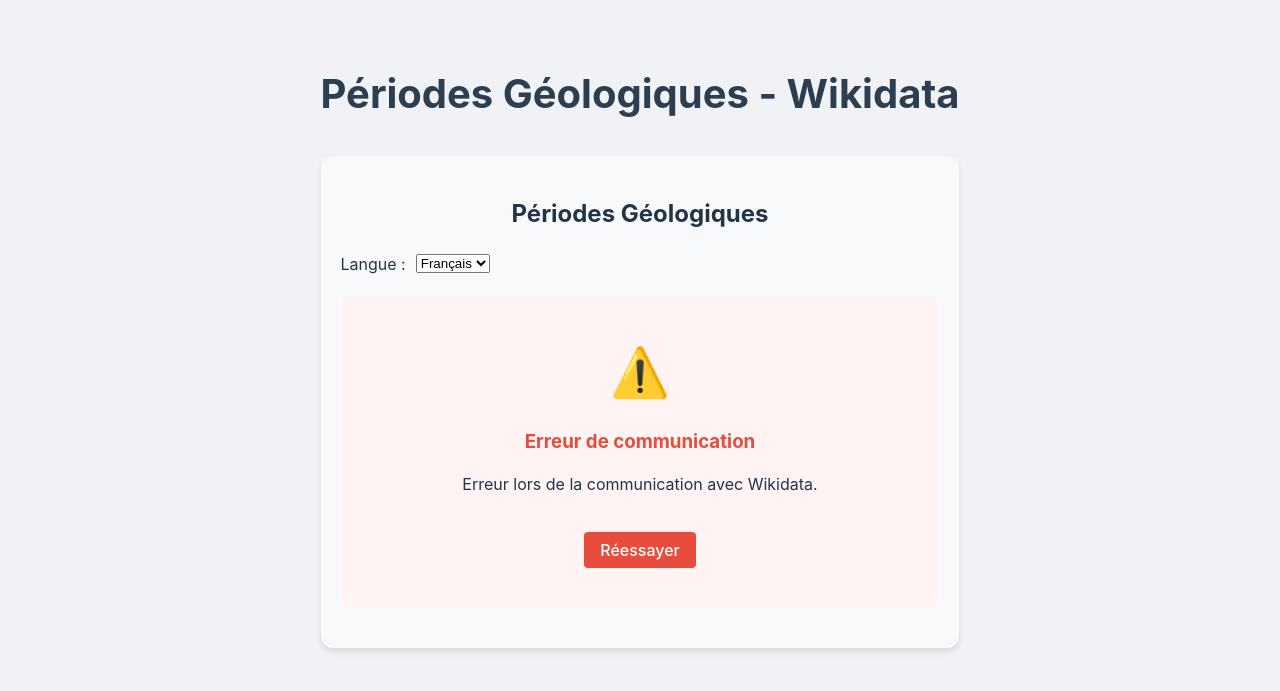
Repository: flobutbut/api_Wikidata
Page: /
These files come from the project's save history. The page is drawn as it stood at one moment and after the next save; the edit follows.
The browser window is 1280 px wide. The pictures show the whole page.
The page's requests for data from a server got no answer. The project was rebuilt for these pictures with package versions that can differ from the ones it lists, and the page was loaded fresh each time. No one was signed in, and anything a server would have sent is missing. Also part of the build but not shown: vite.config.ts.

Above is the page before, as saved 2025-03-26 14:29:15.

### src/App.vue
<script setup lang="ts">
import GeologicalPeriods from './components/GeologicalPeriods.vue'
</script>

<template>
  <div class="app">
    <header>
      <h1>Périodes Géologiques - Wikidata</h1>
    </header>
    <main>
      <GeologicalPeriods />
    </main>
  </div>
</template>

<style>
.app {
  max-width: 1200px;
  margin: 0 auto;
  padding: 20px;
}

header {
  text-align: center;
  margin-bottom: 40px;
}

header h1 {
  color: #2c3e50;
  font-size: 2.5em;
  margin: 0;
}

main {
  background: #f8f9fa;
  border-radius: 12px;
  box-shadow: 0 4px 6px rgba(0, 0, 0, 0.1);
}

body {
  margin: 0;
  font-family: -apple-system, BlinkMacSystemFont, 'Segoe UI', Roboto, Oxygen,
    Ubuntu, Cantarell, 'Open Sans', 'Helvetica Neue', sans-serif;
  -webkit-font-smoothing: antialiased;
  -moz-osx-font-smoothing: grayscale;
  background: #f0f2f5;
}
</style>

### src/components/GeologicalPeriods.vue
<template>
  <div class="geological-periods">
    <h2>Périodes Géologiques</h2>

    <div class="controls">
      <div class="language-selector">
        <label for="language">Langue :</label>
        <select id="language" v-model="selectedLanguage">
          <option value="fr">Français</option>
          <option value="en">English</option>
        </select>
      </div>
      <button v-if="currentPeriod" @click="goBack" class="back-button">
        ← Retour
      </button>
    </div>

    <div v-if="loading" class="loading">
      <div class="spinner"></div>
      <p>Chargement des données...</p>
    </div>

    <div v-else-if="error" class="error">
      <div class="error-icon">⚠️</div>
      <h3>{{ getErrorTitle(error.code) }}</h3>
      <p>{{ error.message }}</p>
      <button @click="retryFetch" class="retry-button">
        Réessayer
      </button>
    </div>

    <div v-else>
      <div class="periods-list">
        <div v-for="period in periods" :key="period.id" class="period-card">
          <div class="period-header">
            <h3>{{ period.label }}</h3>
            <button
              v-if="period.childPeriods.length > 0"
              @click="selectPeriod(period)"
              class="explore-button"
            >
              Explorer
            </button>
          </div>
          <p v-if="period.description" class="description">{{ period.description }}</p>
          <div class="dates">
            <p v-if="period.startDate">
              <strong>Début :</strong> {{ formatDate(period.startDate) }}
            </p>
            <p v-if="period.endDate">
              <strong>Fin :</strong> {{ formatDate(period.endDate) }}
            </p>
          </div>
          <p v-if="period.parentPeriod" class="parent-period">
            <strong>Période parente :</strong> {{ period.parentPeriod }}
          </p>
        </div>
      </div>

      <div class="pagination" v-if="!currentPeriod">
        <button
          :disabled="currentPage === 1"
          @click="changePage(currentPage - 1)"
          data-test="prev-page"
        >
          Précédent
        </button>
        <span>Page {{ currentPage }}</span>
        <button
          :disabled="periods.length < ITEMS_PER_PAGE"
          @click="changePage(currentPage + 1)"
          data-test="next-page"
        >
          Suivant
        </button>
      </div>
    </div>
  </div>
</template>

<script setup lang="ts">
import { ref, onMounted, watch } from 'vue';
import { WikidataService, WikidataError } from '../services/wikidata';
import type { GeologicalPeriod } from '../types/geological';

const periods = ref<GeologicalPeriod[]>([]);
const loading = ref(true);
const error = ref<WikidataError | null>(null);
const currentPage = ref(1);
const hasMore = ref(true);
const selectedLanguage = ref('fr');
const currentPeriod = ref<GeologicalPeriod | null>(null);

const ITEMS_PER_PAGE = 20;
const wikidataService = WikidataService.getInstance();

const getErrorTitle = (code: string) => {
  switch (code) {
    case 'RATE_LIMIT':
      return 'Trop de requêtes';
    case 'SERVICE_UNAVAILABLE':
      return 'Service indisponible';
    case 'INVALID_RESPONSE':
      return 'Réponse invalide';
    case 'INVALID_PERIOD_DATA':
      return 'Données invalides';
    case 'API_ERROR':
      return 'Erreur de communication';
    default:
      return 'Erreur inattendue';
  }
};

const formatDate = (dateString: string) => {
  const date = new Date(dateString);
  return date.toLocaleDateString('fr-FR', {
    year: 'numeric',
    month: 'long',
    day: 'numeric'
  });
};

const fetchPeriods = async () => {
  try {
    loading.value = true;
    error.value = null;
    const offset = (currentPage.value - 1) * ITEMS_PER_PAGE;
    const result = await wikidataService.getGeologicalPeriods({
      limit: ITEMS_PER_PAGE,
      offset,
      language: selectedLanguage.value
    });

    periods.value = result;
    hasMore.value = result.length === ITEMS_PER_PAGE;
  } catch (err) {
    if (err instanceof WikidataError) {
      error.value = err;
    } else {
      error.value = new WikidataError(
        'Une erreur inattendue est survenue',
        'UNKNOWN_ERROR',
        err instanceof Error ? err : undefined
      );
    }
    console.error('Erreur lors du chargement des périodes:', err);
  } finally {
    loading.value = false;
  }
};

const retryFetch = () => {
  fetchPeriods();
};

const changePage = (page: number) => {
  currentPage.value = page;
  fetchPeriods();
};

const selectPeriod = async (period: GeologicalPeriod) => {
  try {
    loading.value = true;
    error.value = null;
    currentPeriod.value = period;

    const result = await wikidataService.getGeologicalPeriods({
      parentId: period.id,
      language: selectedLanguage.value
    });

    periods.value = result;
  } catch (err) {
    if (err instanceof WikidataError) {
      error.value = err;
    } else {
      error.value = new WikidataError(
        'Une erreur inattendue est survenue',
        'UNKNOWN_ERROR',
        err instanceof Error ? err : undefined
      );
    }
    console.error('Erreur lors du chargement des sous-périodes:', err);
  } finally {
    loading.value = false;
  }
};

const goBack = () => {
  currentPeriod.value = null;
  currentPage.value = 1;
  fetchPeriods();
};

watch(selectedLanguage, () => {
  currentPage.value = 1;
  fetchPeriods();
});

onMounted(() => {
  fetchPeriods();
});
</script>

<style scoped>
.geological-periods {
  max-width: 1200px;
  margin: 0 auto;
  padding: 20px;
}

.controls {
  margin-bottom: 20px;
}

.language-selector {
  display: flex;
  align-items: center;
  gap: 10px;
}

.periods-list {
  display: grid;
  grid-template-columns: repeat(auto-fill, minmax(300px, 1fr));
  gap: 20px;
  margin-bottom: 20px;
}

.period-card {
  background: #fff;
  border-radius: 8px;
  padding: 20px;
  box-shadow: 0 2px 4px rgba(0, 0, 0, 0.1);
}

.period-card h3 {
  margin: 0 0 10px 0;
  color: #2c3e50;
}

.description {
  color: #666;
  margin-bottom: 15px;
}

.dates {
  margin-bottom: 15px;
}

.dates p {
  margin: 5px 0;
}

.parent-period {
  margin-bottom: 15px;
  color: #2c3e50;
}

.child-periods {
  margin-top: 15px;
}

.child-periods ul {
  list-style: none;
  padding: 0;
  margin: 5px 0 0 0;
}

.child-periods li {
  margin: 5px 0;
  color: #666;
}

.pagination {
  display: flex;
  justify-content: center;
  align-items: center;
  gap: 20px;
  margin-top: 20px;
}

button {
  padding: 8px 16px;
  border: none;
  border-radius: 4px;
  background-color: #42b983;
  color: white;
  cursor: pointer;
  transition: background-color 0.2s;
}

button:hover {
  background-color: #3aa876;
}

button:disabled {
  background-color: #ccc;
  cursor: not-allowed;
}

.loading {
  display: flex;
  flex-direction: column;
  align-items: center;
  justify-content: center;
  padding: 40px;
}

.spinner {
  width: 40px;
  height: 40px;
  border: 4px solid #f3f3f3;
  border-top: 4px solid #42b983;
  border-radius: 50%;
  animation: spin 1s linear infinite;
  margin-bottom: 20px;
}

@keyframes spin {
  0% { transform: rotate(0deg); }
  100% { transform: rotate(360deg); }
}

.error {
  text-align: center;
  padding: 40px;
  background-color: #fff3f3;
  border-radius: 8px;
  margin: 20px 0;
}

.error-icon {
  font-size: 48px;
  margin-bottom: 20px;
}

.error h3 {
  color: #e74c3c;
  margin-bottom: 10px;
}

.retry-button {
  margin-top: 20px;
  background-color: #e74c3c;
}

.retry-button:hover {
  background-color: #c0392b;
}

.period-header {
  display: flex;
  justify-content: space-between;
  align-items: center;
  margin-bottom: 10px;
}

.explore-button {
  background-color: #3498db;
  padding: 6px 12px;
  font-size: 0.9em;
}

.explore-button:hover {
  background-color: #2980b9;
}

.back-button {
  background-color: #95a5a6;
  margin-left: 20px;
}

.back-button:hover {
  background-color: #7f8c8d;
}
</style>

### src/services/wikidata.ts
import axios, { AxiosError } from 'axios';
import type { GeologicalPeriod, WikidataResponse } from '../types/geological';

const WIKIDATA_API_URL = '/api/wikidata/sparql';
const MAX_RETRIES = 3;
const RETRY_DELAY = 1000; // 1 seconde
const REQUEST_TIMEOUT = 10000; // 10 secondes
const CACHE_DURATION = 5 * 60 * 1000; // 5 minutes

interface CacheEntry {
  data: GeologicalPeriod[];
  timestamp: number;
}

interface QueryOptions {
  limit?: number;
  offset?: number;
  language?: string;
  parentId?: string;
}

export class WikidataError extends Error {
  constructor(
    message: string,
    public code: string,
    public originalError?: Error
  ) {
    super(message);
    this.name = 'WikidataError';
  }
}

export class WikidataService {
  private static instance: WikidataService;
  private cache: Map<string, CacheEntry> = new Map();
  private defaultLimit = 20;
  private defaultLanguage = 'fr';

  private constructor() {}

  static getInstance(): WikidataService {
    if (!WikidataService.instance) {
      WikidataService.instance = new WikidataService();
    }
    return WikidataService.instance;
  }

  private getCacheKey(options: QueryOptions): string {
    return `${options.limit}-${options.offset}-${options.language}-${options.parentId || 'root'}`;
  }

  private getFromCache(key: string): GeologicalPeriod[] | null {
    const entry = this.cache.get(key);
    if (entry && Date.now() - entry.timestamp < CACHE_DURATION) {
      return entry.data;
    }
    return null;
  }

  private setCache(key: string, data: GeologicalPeriod[]): void {
    this.cache.set(key, {
      data,
      timestamp: Date.now()
    });
  }

  private async retryOperation<T>(
    operation: () => Promise<T>,
    retries = MAX_RETRIES
  ): Promise<T> {
    try {
      return await operation();
    } catch (error) {
      if (retries > 0 && this.isRetryableError(error)) {
        await new Promise(resolve => setTimeout(resolve, RETRY_DELAY));
        return this.retryOperation(operation, retries - 1);
      }
      throw this.handleError(error);
    }
  }

  private isRetryableError(error: unknown): boolean {
    if (error instanceof AxiosError) {
      return (
        error.response?.status === 503 ||
        error.response?.status === 429 ||
        error.code === 'ECONNABORTED' ||
        error.code === 'ETIMEDOUT'
      );
    }
    return false;
  }

  private handleError(error: unknown): WikidataError {
    if (error instanceof AxiosError) {
      if (error.response?.status === 429) {
        return new WikidataError(
          'Trop de requêtes. Veuillez réessayer plus tard.',
          'RATE_LIMIT',
          error
        );
      }
      if (error.response?.status === 503) {
        return new WikidataError(
          'Service temporairement indisponible.',
          'SERVICE_UNAVAILABLE',
          error
        );
      }
      return new WikidataError(
        'Erreur lors de la communication avec Wikidata.',
        'API_ERROR',
        error
      );
    }
    return new WikidataError(
      'Une erreur inattendue est survenue.',
      'UNKNOWN_ERROR',
      error instanceof Error ? error : undefined
    );
  }

  private buildQuery(options: QueryOptions): string {
    const { language = 'fr', offset = 0, limit = 20, parentId } = options;
    const parentFilter = parentId ? `?item wdt:P361 wd:${parentId}.` : '?item wdt:P31 wd:Q12308941.';

    return `
      SELECT DISTINCT ?item ?itemLabel ?description ?startDate ?endDate ?parentPeriod ?parentLabel ?childPeriod ?childLabel
      WHERE {
        ${parentFilter}
        OPTIONAL { ?item wdt:P580 ?startDate. }
        OPTIONAL { ?item wdt:P582 ?endDate. }
        OPTIONAL { ?item wdt:P361 ?parentPeriod. }
        OPTIONAL { ?parentPeriod rdfs:label ?parentLabel. FILTER(LANG(?parentLabel) = "${language}") }
        OPTIONAL { ?childPeriod wdt:P361 ?item. }
        OPTIONAL { ?childPeriod rdfs:label ?childLabel. FILTER(LANG(?childLabel) = "${language}") }
        SERVICE wikibase:label { bd:serviceParam wikibase:language "${language}". }
        ?item rdfs:label ?itemLabel.
        OPTIONAL { ?item schema:description ?description. FILTER(LANG(?description) = "${language}") }
      }
      ORDER BY ?itemLabel
      LIMIT ${limit} OFFSET ${offset}
    `;
  }

  async getGeologicalPeriods(options: QueryOptions = {}): Promise<GeologicalPeriod[]> {
    const cacheKey = this.getCacheKey(options);
    const cachedData = this.getFromCache(cacheKey);
    if (cachedData) {
      return cachedData;
    }

    return this.retryOperation(async () => {
      const query = this.buildQuery(options);
      console.log('Requête SPARQL:', query);

      const response = await axios.get(WIKIDATA_API_URL, {
        params: {
          query,
          format: 'json'
        },
        timeout: REQUEST_TIMEOUT,
        headers: {
          'Accept': 'application/sparql-results+json'
        }
      });

      console.log('Réponse de Wikidata:', response.data);

      if (!response.data || !response.data.results || !response.data.results.bindings) {
        throw new WikidataError(
          'Réponse invalide de Wikidata',
          'INVALID_RESPONSE'
        );
      }

      const periods = this.transformResponse(response.data);
      this.setCache(cacheKey, periods);
      return periods;
    });
  }

  private transformResponse(bindings: any[]): GeologicalPeriod[] {
    return bindings.map(binding => {
      if (!binding.item?.value || !binding.itemLabel?.value) {
        throw new WikidataError(
          'Données de période géologique invalides',
          'INVALID_PERIOD_DATA'
        );
      }

      return {
        id: binding.item.value.split('/').pop() || '',
        label: binding.itemLabel.value,
        description: binding.description?.value,
        startDate: binding.startDate?.value,
        endDate: binding.endDate?.value,
        parentPeriod: binding.parentLabel?.value,
        childPeriods: binding.childLabel?.value ? [binding.childLabel.value] : []
      };
    });
  }
}

Loaded but not shown: index.html (common file); src/main.ts (common file); src/style.css (common file)

After the next save:
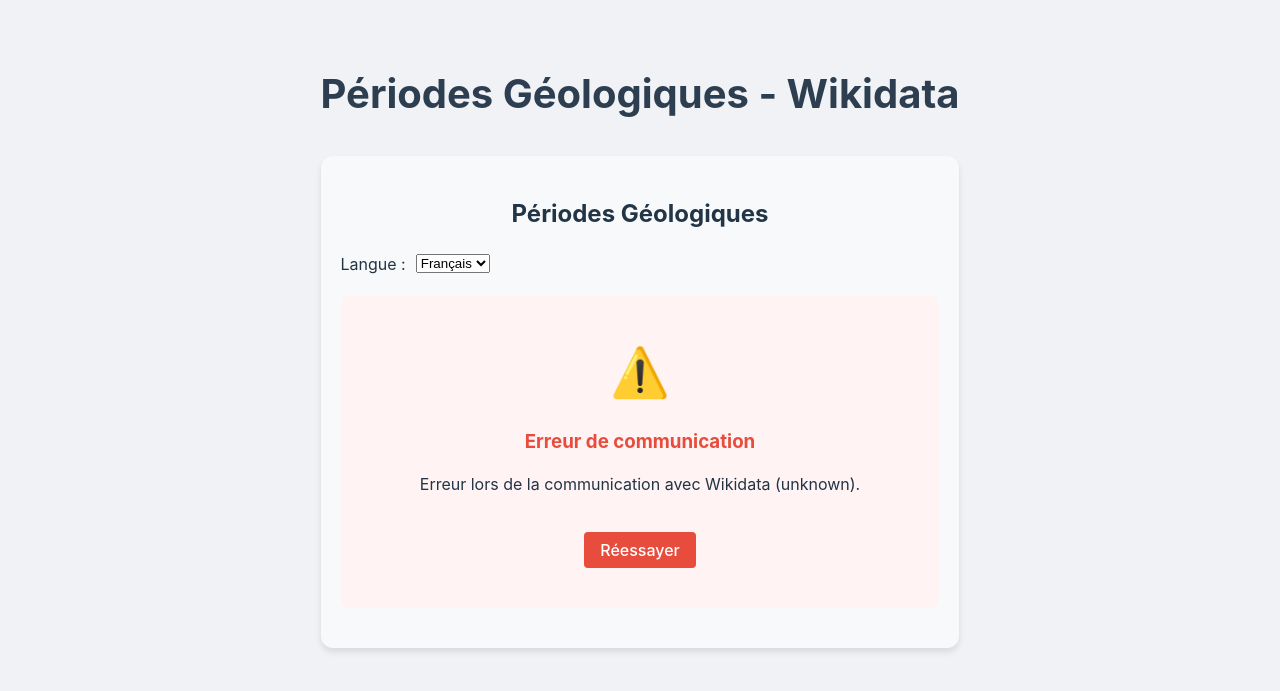
Saved 2 min 47 s later.
--- a/src/services/wikidata.ts
+++ b/src/services/wikidata.ts
@@ -92,7 +92,15 @@
   }
 
   private handleError(error: unknown): WikidataError {
+    console.error('Gestion de l\'erreur:', error);
     if (error instanceof AxiosError) {
+      console.error('Détails de l\'erreur Axios:', {
+        status: error.response?.status,
+        statusText: error.response?.statusText,
+        data: error.response?.data,
+        headers: error.response?.headers
+      });
+
       if (error.response?.status === 429) {
         return new WikidataError(
           'Trop de requêtes. Veuillez réessayer plus tard.',
@@ -107,8 +115,15 @@
           error
         );
       }
+      if (error.response?.status === 404) {
+        return new WikidataError(
+          'Endpoint Wikidata non trouvé. Vérifiez la configuration du proxy.',
+          'ENDPOINT_NOT_FOUND',
+          error
+        );
+      }
       return new WikidataError(
-        'Erreur lors de la communication avec Wikidata.',
+        `Erreur lors de la communication avec Wikidata (${error.response?.status || 'unknown'}).`,
         'API_ERROR',
         error
       );
@@ -154,29 +169,43 @@
       const query = this.buildQuery(options);
       console.log('Requête SPARQL:', query);
 
-      const response = await axios.get(WIKIDATA_API_URL, {
-        params: {
-          query,
-          format: 'json'
-        },
-        timeout: REQUEST_TIMEOUT,
-        headers: {
-          'Accept': 'application/sparql-results+json'
+      try {
+        const response = await axios.get(WIKIDATA_API_URL, {
+          params: {
+            query,
+            format: 'json'
+          },
+          timeout: REQUEST_TIMEOUT,
+          headers: {
+            'Accept': 'application/sparql-results+json',
+            'User-Agent': 'WikidataPeriods/1.0'
+          }
+        });
+
+        console.log('Status de la réponse:', response.status);
+        console.log('Headers de la réponse:', response.headers);
+        console.log('Réponse de Wikidata:', response.data);
+
+        if (!response.data || !response.data.results || !response.data.results.bindings) {
+          console.error('Structure de réponse invalide:', response.data);
+          throw new WikidataError(
+            'Réponse invalide de Wikidata',
+            'INVALID_RESPONSE'
+          );
         }
-      });
-
-      console.log('Réponse de Wikidata:', response.data);
-
-      if (!response.data || !response.data.results || !response.data.results.bindings) {
-        throw new WikidataError(
-          'Réponse invalide de Wikidata',
-          'INVALID_RESPONSE'
-        );
-      }
-
-      const periods = this.transformResponse(response.data);
-      this.setCache(cacheKey, periods);
-      return periods;
+
+        const periods = this.transformResponse(response.data);
+        this.setCache(cacheKey, periods);
+        return periods;
+      } catch (error) {
+        console.error('Erreur détaillée:', error);
+        if (error instanceof AxiosError) {
+          console.error('Status:', error.response?.status);
+          console.error('Headers:', error.response?.headers);
+          console.error('Data:', error.response?.data);
+        }
+        throw error;
+      }
     });
   }
 
